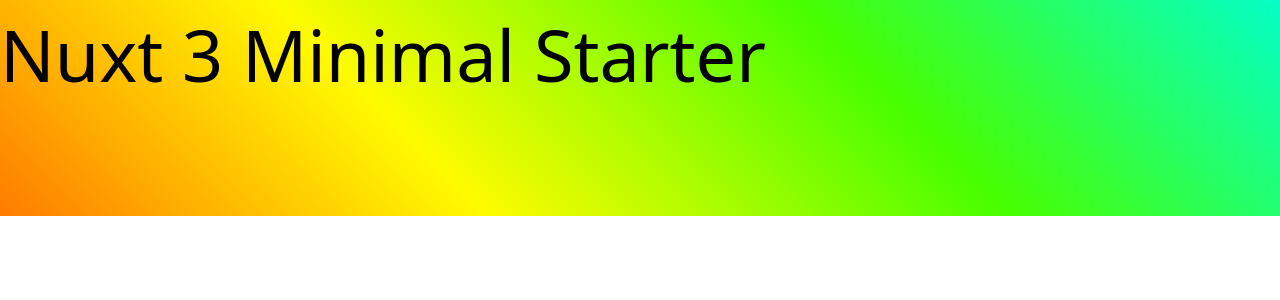
Repository: Freezler/nuxt
Page: /
These files come from the project's save history. The page is drawn as it stood at one moment and after the next save; the edit follows.
The browser window is 1280 px wide. The pictures show the whole page.
The project was rebuilt for these pictures with package versions that can differ from the ones it lists, and the page was loaded fresh each time. The framework's server and built-in components were replaced by stand-ins that run in the browser. Also part of the build but not shown: nuxt.config.ts.

Above is the page before, as saved 2024-08-02 21:06:06.

### assets/css/main.css
@tailwind base;
@tailwind components;
@tailwind utilities;

html {
	background:
	linear-gradient(45deg, #ff0000, #ff7300, #fffb00, #48ff00, #00ffd5, #002bff, #7a00ff, #ff00c8, #ff0000);


	animation: gradient 6s cubic-bezier(0.455, 0.03, 0.515, 0.955) infinite;
	background-size: 300% 300%;
	background-repeat: no-repeat;
}
@keyframes gradient {
	0% {
		background-position: 0% 50%;
	}
	50% {
		background-position: 100% 50%;
	}
	100% {
		background-position: 0% 50%;
	}


}

### app.vue
<template>
  <div>
    <h1 class="text-[72px]">Nuxt 3 Minimal Starter</h1>
  </div>
</template>

### tailwind.config.js
/** @type {import('tailwindcss').Config} */
module.exports = {
	content: [
		"./components/**/*.{js,vue,ts}",
		"./layouts/**/*.vue",
		"./pages/**/*.vue",
		"./plugins/**/*.{js,ts}",
		"./app.vue",
		"./error.vue",
	],
	theme: {
		extend: {},
	},
	plugins: [],
}

After the next save:
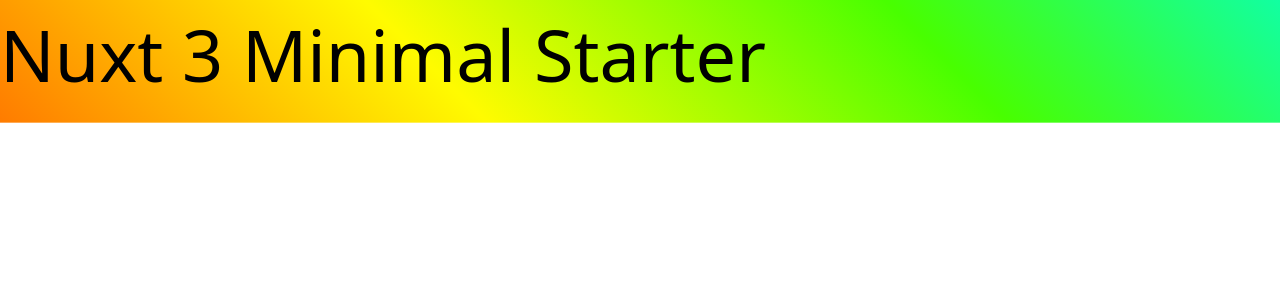
Saved 5 s later.
--- a/assets/css/main.css
+++ b/assets/css/main.css
@@ -16,7 +16,7 @@
 		background-position: 0% 50%;
 	}
 	50% {
-		background-position: 100% 50%;
+		background-position: 100% 250%;
 	}
 	100% {
 		background-position: 0% 50%;
